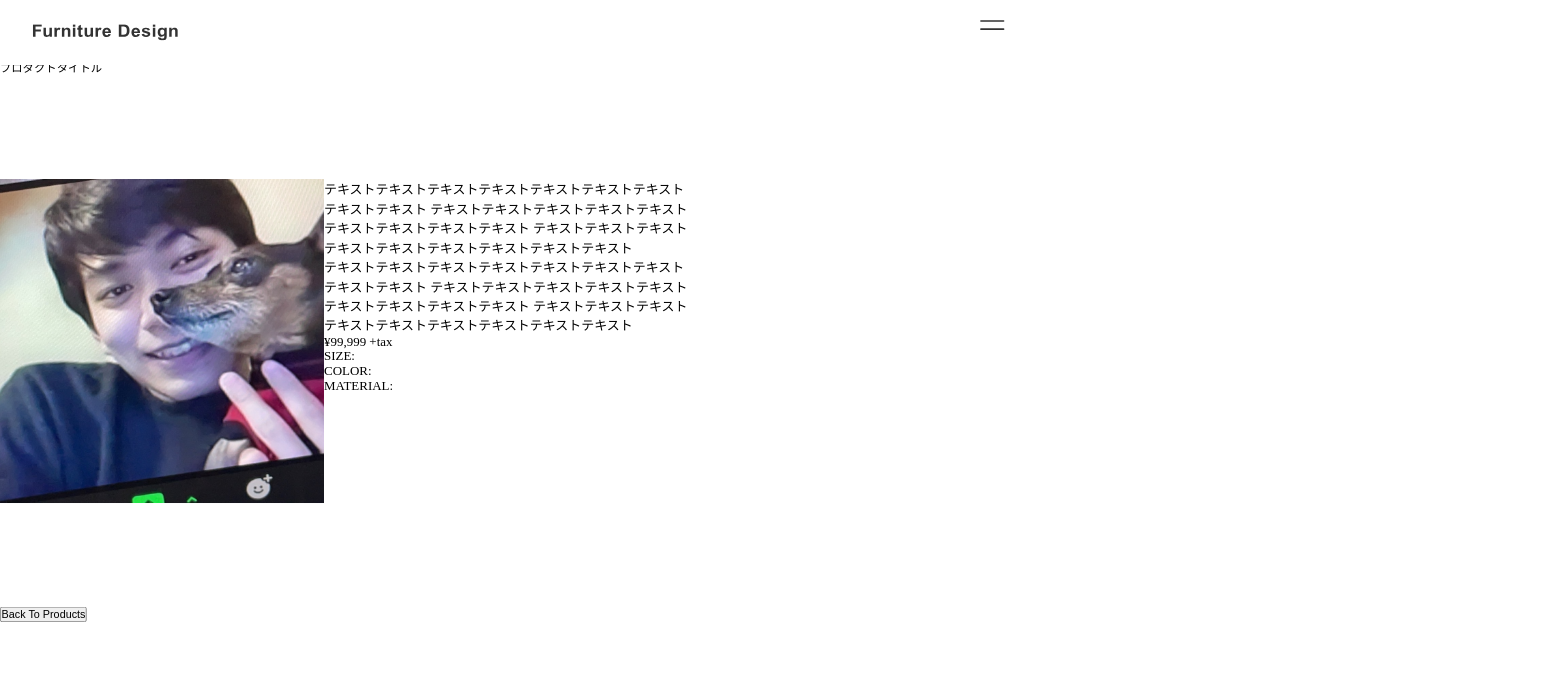
Repository: kohei23n/tenfeet
Page: menbers2/index.html
An editor plug-in stored every save of this project. The page is shown before and after a run of saves, followed by the edit.
The browser window is 1280 px wide. The page is 1920 px wide, so the pictures cover 1920 px, including what lies to the right of the window. The pictures show the whole page, at 81% of full size.

Above is the page before, as saved 2022-02-08 21:54:11.

After the next 2 saves:
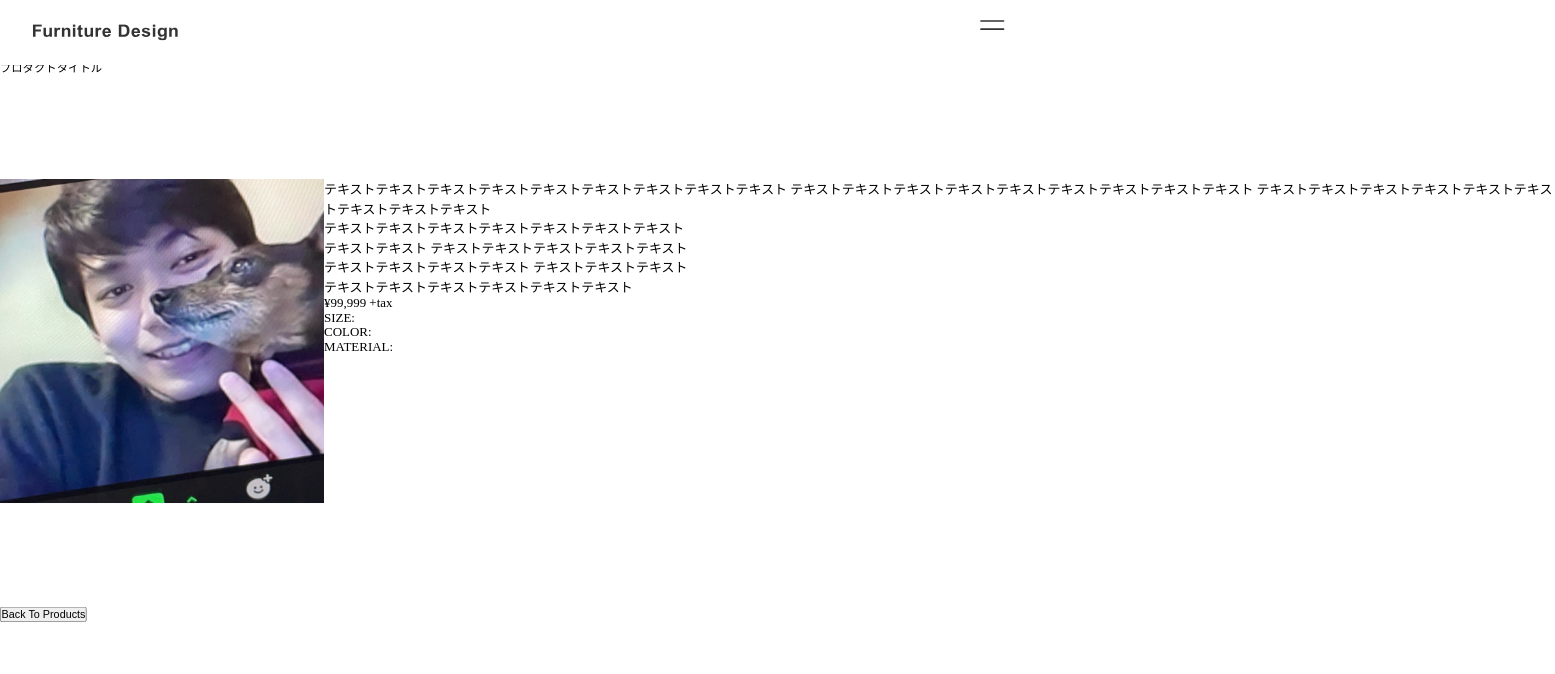
The 2 saves are shown as one change because they came seconds apart.
The last was saved 8 s later.
--- a/menbers2/menbers2.css
+++ b/menbers2/menbers2.css
@@ -120,8 +120,8 @@ img {
     display: flex;
 }
 
-.content1{
-    font-size: ;
+.content{
+    font-size: 14px;
     width: 30%;
 }
 
